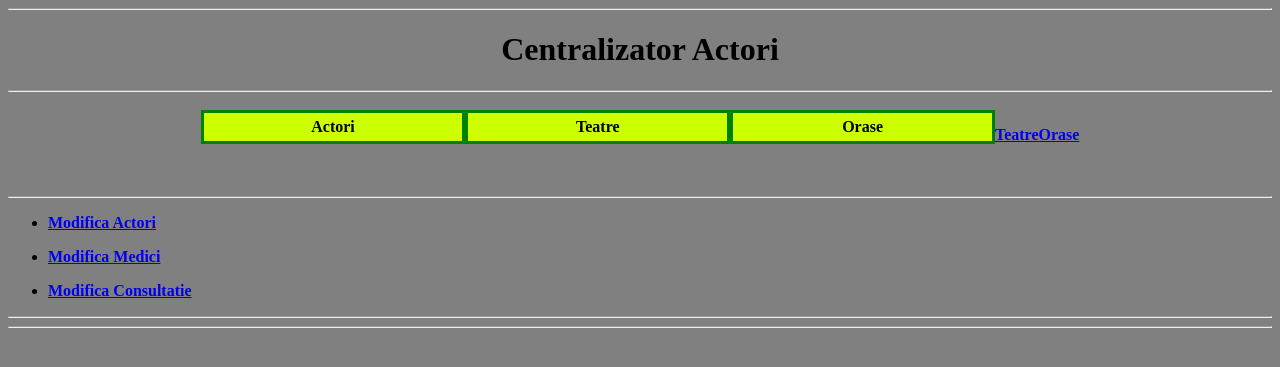
Repository: SusStefan/ActorDB
Page: Actori/src/main/webapp/index.html
An editor plug-in stored every save of this project. The page is shown before and after the next save, followed by the edit.
The browser window is 1280 px wide. The pictures show the whole page.

Above is the page before, as saved 2025-12-12 21:19:09.

After the next save:
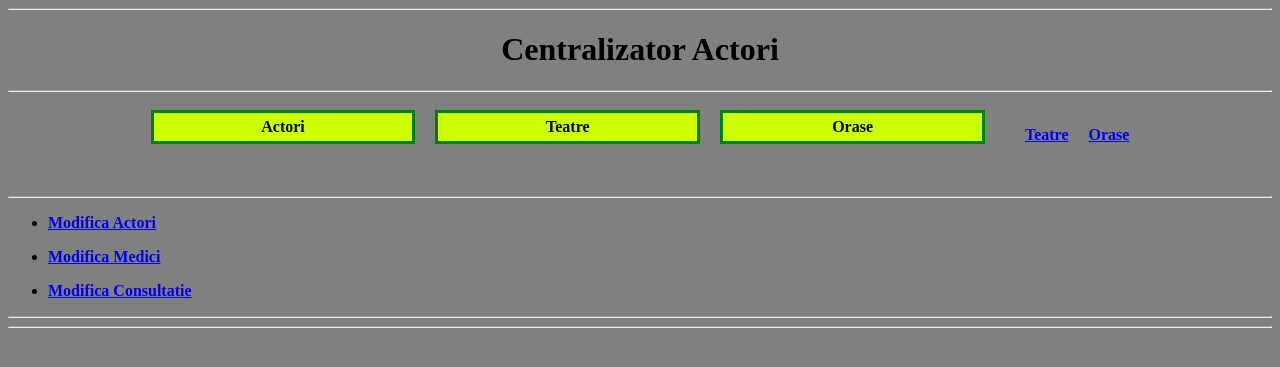
Saved 18 s later.
--- a/Actori/src/main/webapp/index.html
+++ b/Actori/src/main/webapp/index.html
@@ -45,6 +45,7 @@ and open the template in the editor.
  display:flex;
  padding:10px;
  justify-content:center;
+ gap:20px;
  }
  #titlu{
  text-align:center;
